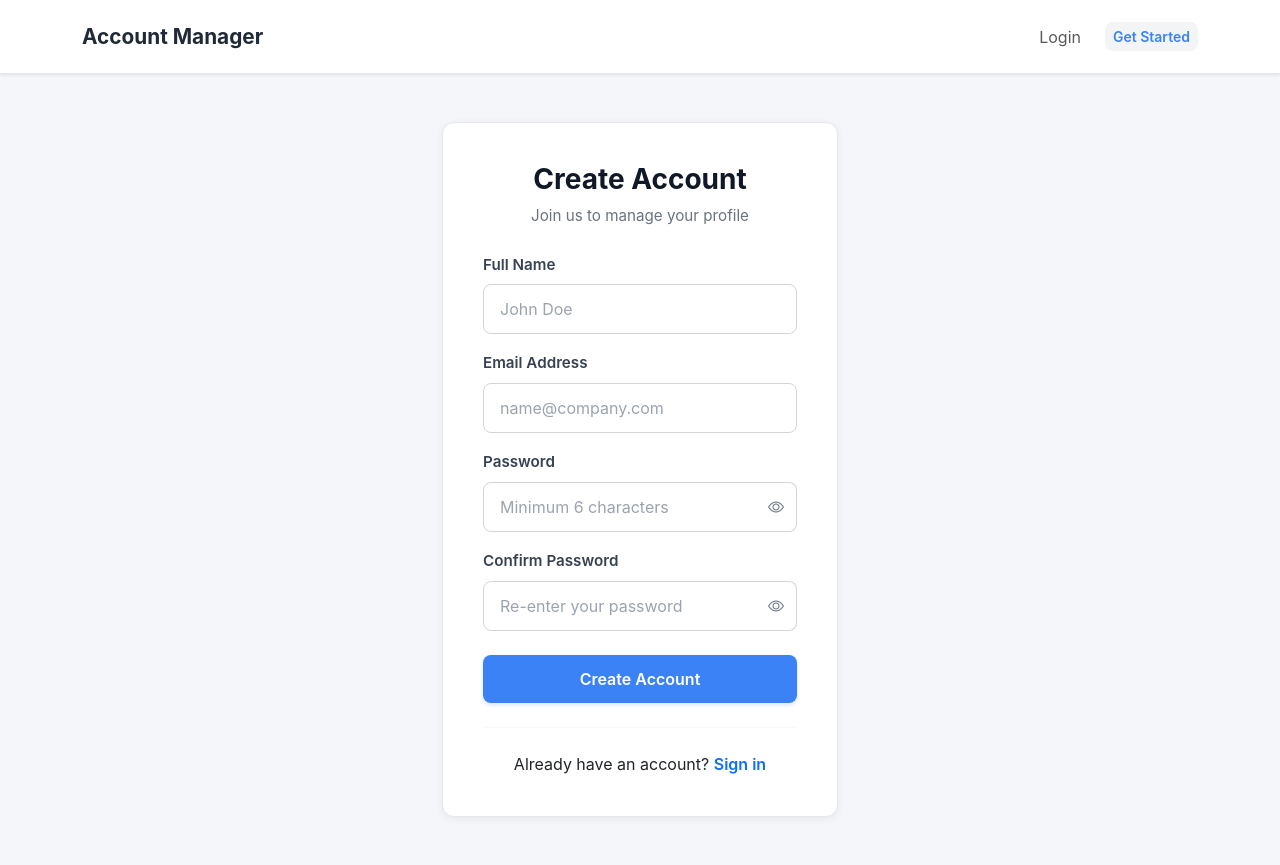
Repository: dharmik2910/Chaintech-Account-Manager
Page: /register
The author's editor kept a copy of each file at every save. The page is drawn from the files as they stood at one save, then again after the next save.
The browser window is 1280 px wide. The pictures show the whole page.
The project was rebuilt for these pictures with package versions that can differ from the ones it lists, and the page was loaded fresh each time. Also part of the build but not shown: vite.config.js, src/pages/AccountPage.jsx, src/pages/LoginPage.jsx.

Above is the page before, as saved 2025-12-16 20:22:44.

After the next save:
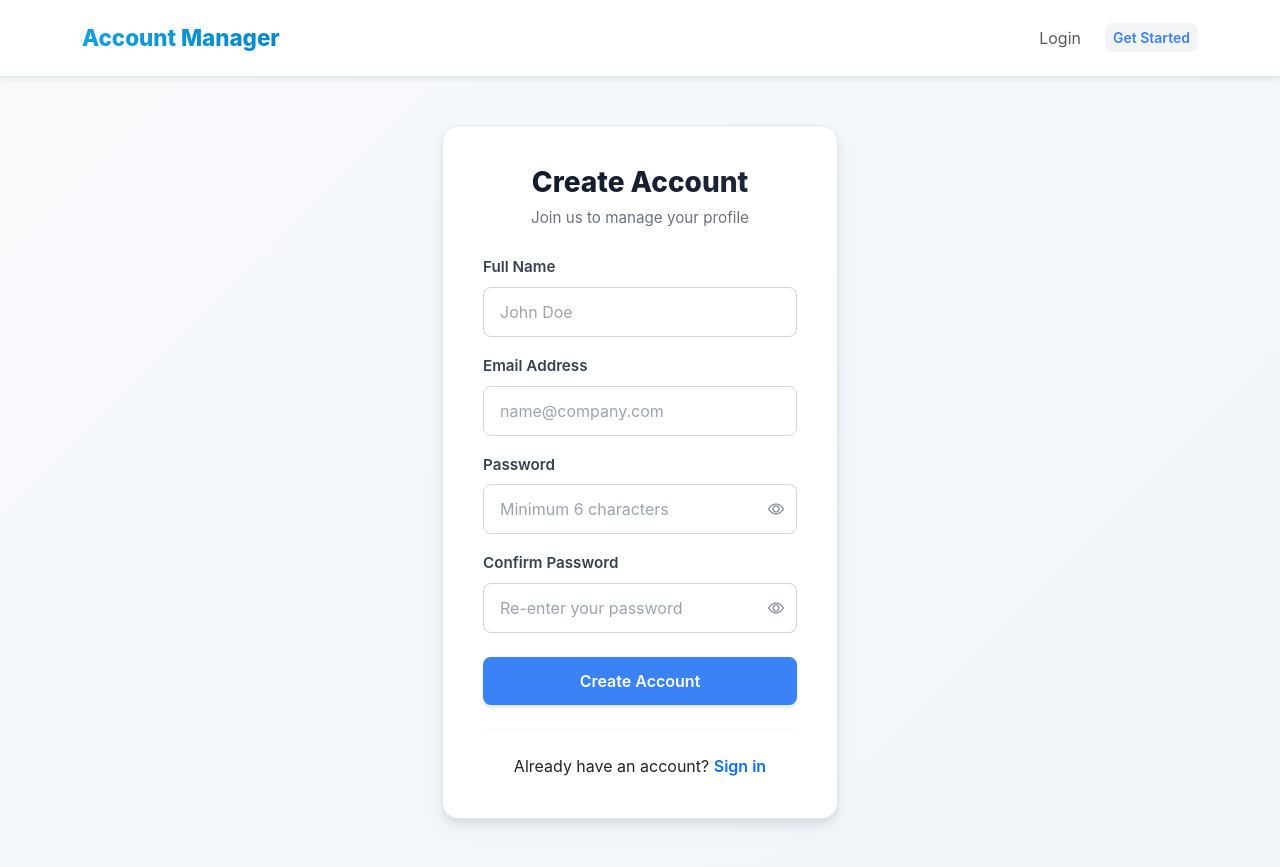
Saved 114 s later.
--- a/src/App.css
+++ b/src/App.css
@@ -2,7 +2,7 @@
   min-height: 100vh;
   display: flex;
   flex-direction: column;
-  background-color: #f5f6fa;
+  background: linear-gradient(135deg, #f8fafc 0%, #f1f5f9 100%);
 }
 
 .app-main {
@@ -16,19 +16,19 @@
 .auth-wrapper {
   width: 100%;
   max-width: 420px;
-  animation: fadeInUp 0.5s ease-out;
+  animation: fadeInUp 0.6s ease-out;
 }
 
 .account-wrapper {
   width: 100%;
   max-width: 620px;
-  animation: fadeInUp 0.5s ease-out;
+  animation: fadeInUp 0.6s ease-out;
 }
 
 @keyframes fadeInUp {
   from {
     opacity: 0;
-    transform: translateY(12px);
+    transform: translateY(20px);
   }
   to {
     opacity: 1;
@@ -37,14 +37,17 @@
 }
 
 .card {
-  border-radius: 12px;
-  border: 1px solid #e5e7eb;
-  box-shadow: 0 2px 8px rgba(0, 0, 0, 0.06);
-  transition: all 0.3s ease;
+  border-radius: 16px;
+  border: 1px solid #e2e8f0;
+  box-shadow: 0 4px 6px rgba(0, 0, 0, 0.07), 0 10px 20px rgba(0, 0, 0, 0.05);
+  transition: all 0.3s ease;
+  background-color: white;
+  overflow: hidden;
 }
 
 .card:hover {
-  box-shadow: 0 4px 12px rgba(0, 0, 0, 0.08);
+  box-shadow: 0 12px 24px rgba(0, 0, 0, 0.1);
+  transform: translateY(-4px);
 }
 
 .card-body {
@@ -52,28 +55,34 @@
 }
 
 .card-title {
-  font-weight: 700;
+  font-weight: 800;
   font-size: 1.75rem;
-  color: #111827;
+  background: linear-gradient(135deg, #0f172a 0%, #1e293b 100%);
+  -webkit-background-clip: text;
+  -webkit-text-fill-color: transparent;
+  background-clip: text;
   margin-bottom: 0.5rem;
 }
 
 .navbar {
-  background-color: white;
-  box-shadow: 0 1px 3px rgba(0, 0, 0, 0.1);
-  border-bottom: 1px solid #e5e7eb;
+  background: white;
+  box-shadow: 0 2px 8px rgba(0, 0, 0, 0.08);
+  border-bottom: 1px solid #e2e8f0;
   padding: 1rem 0;
 }
 
 .navbar-brand {
-  font-weight: 700;
-  font-size: 1.3rem;
-  color: #1f2937 !important;
+  font-weight: 800;
+  font-size: 1.4rem;
+  background: linear-gradient(135deg, #0ea5e9 0%, #0284c7 100%);
+  -webkit-background-clip: text;
+  -webkit-text-fill-color: transparent;
+  background-clip: text;
 }
 
 .navbar-text {
-  color: #6b7280 !important;
-  font-weight: 500;
+  color: #475569 !important;
+  font-weight: 600;
   font-size: 0.95rem;
 }
 
